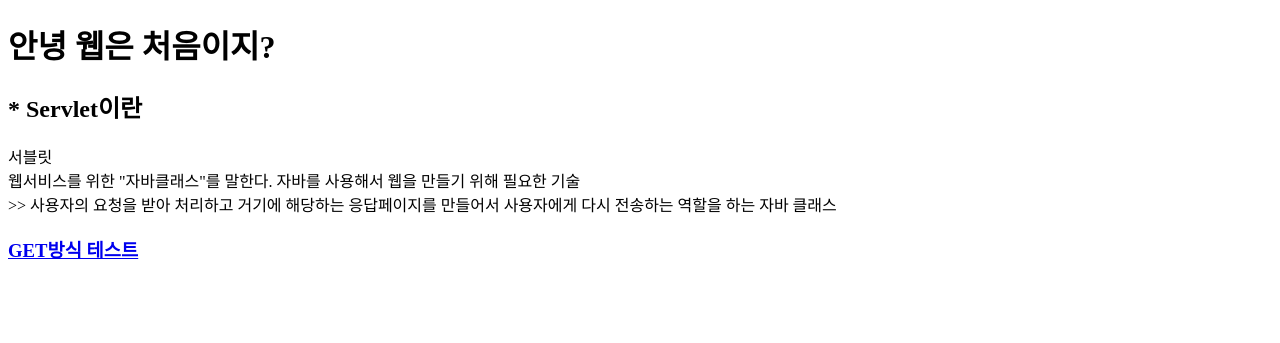
Repository: euicheol99/mystudycode
Page: 06_Servlet/servlet/src/main/webapp/index.html
These files come from the project's save history. The page is drawn as it stood at one moment and after the next save; the edit follows.
The browser window is 1280 px wide. The pictures show the whole page.

Above is the page before, as saved 2025-02-21 00:39:57.

### 06_Servlet/servlet/src/main/webapp/index.html
<!DOCTYPE html>
<html lang="en">
<head>
    <meta charset="UTF-8">
    <meta name="viewport" content="width=device-width, initial-scale=1.0">
    <title>Document</title>
</head>
<body>
    <h1>안녕 웹은 처음이지?</h1>

    <h2>* Servlet이란</h2>

    <p>
        서블릿 <br>
        웹서비스를 위한 "자바클래스"를 말한다. 자바를 사용해서 웹을 만들기 위해 필요한 기술 <br>
        >> 사용자의 요청을 받아 처리하고 거기에 해당하는 응답페이지를 만들어서 사용자에게 다시 전송하는 역할을 하는 자바 클래스 <br>
    </p>

    <!--
        절대경로/상대경로
        front페이지에서 절대경로 -> /로 시작하는 경로임 /는 ip:port경로이다. (localhost:8001)
        front페이지에서 상대경로 -> /로 시작하지 않는 경로이며 시작위치는 현재위치의 마지막 /이다
        ->http://localhost:8001/servlet/views/request_get.html
     -->
    <h3><a href="views/request_get.html">GET방식 테스트</a></h3>
</body>
</html>

After the next save:
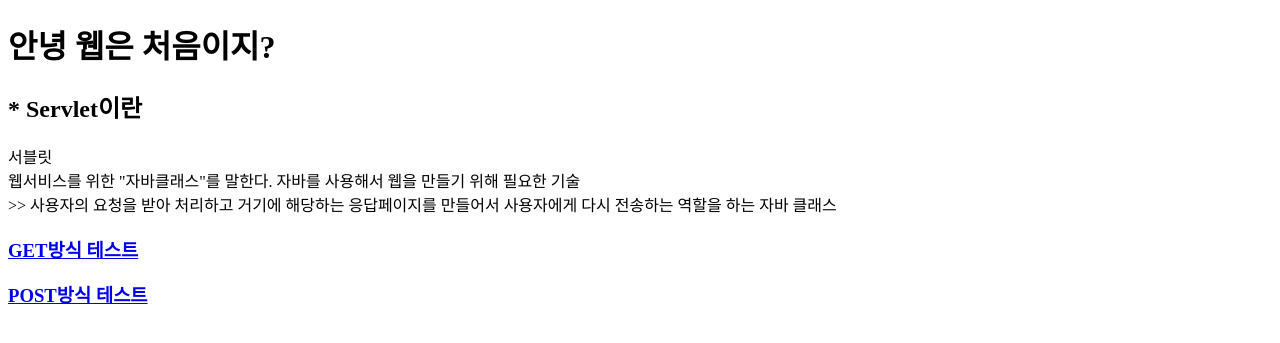
Saved 62 s later.
--- a/06_Servlet/servlet/src/main/webapp/index.html
+++ b/06_Servlet/servlet/src/main/webapp/index.html
@@ -23,5 +23,6 @@
         ->http://localhost:8001/servlet/views/request_get.html
      -->
     <h3><a href="views/request_get.html">GET방식 테스트</a></h3>
+    <h3><a href="views/request_post.html">POST방식 테스트</a></h3>
 </body>
 </html>
